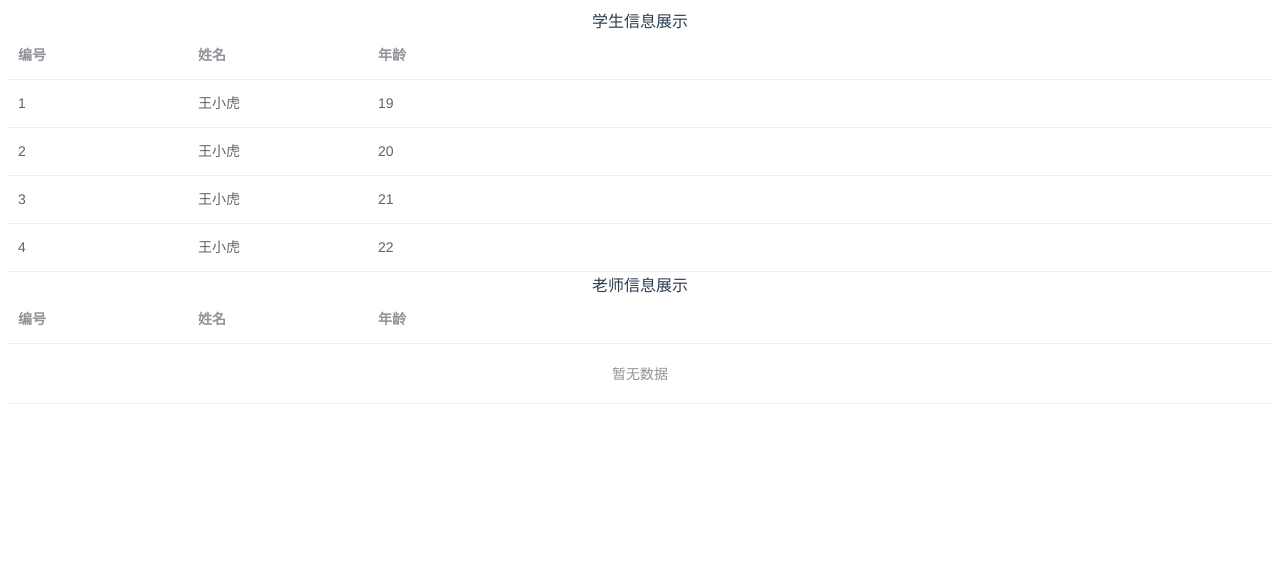
Repository: chang-meng-yun/vue_project
Page: /#/about
An editor plug-in stored every save of this project. The page is shown before and after the next save, followed by the edit.
The browser window is 1280 px wide. The pictures show the whole page.
The project was rebuilt for these pictures with package versions that can differ from the ones it lists, and the page was loaded fresh each time. Also part of the build but not shown: vue.config.js, src/VBindStudy.vue, src/HomeWork.vue, src/views/reHome.vue, src/FromFrame.vue, src/prents.vue, src/views/son.vue, src/components/HelloWorld.vue and 2 more.

Above is the page before, as saved 2024-06-27 15:51:04.

### public/index.html
<!DOCTYPE html>
<html lang="">
  <head>
    <meta charset="utf-8">
    <meta http-equiv="X-UA-Compatible" content="IE=edge">
    <meta name="viewport" content="width=device-width,initial-scale=1.0">
    <link rel="icon" href="<%= BASE_URL %>favicon.ico">
    <!-- <title><%= htmlWebpackPlugin.options.title %></title> -->
     <title>我是首页</title>
  </head>
  <body>
    <noscript>
      <strong>We're sorry but <%= htmlWebpackPlugin.options.title %> doesn't work properly without JavaScript enabled. Please enable it to continue.</strong>
    </noscript>
    <!-- 显示内容的地方 -->
    <div id="app"></div>
    <!-- built files will be auto injected -->
  </body>
</html>

### src/main.js
import Vue from 'vue'
import App from './App.vue'
import ElementUI from 'element-ui';
import 'element-ui/lib/theme-chalk/index.css';
import router from './router'

Vue.use(ElementUI);

Vue.config.productionTip = false
new Vue({
  router,
  render: h => h(App)
}).$mount('#app')

### src/App.vue
<template>
  <div id="app">
    <!-- <Hello></Hello> -->
    <!-- <VBindStudy></VBindStudy> -->
    <!-- <HomeWork></HomeWork> -->
    <!-- <reHome></reHome> -->
    <!-- <Model></Model> -->
    <!-- <FromFrame></FromFrame> -->
     <!-- <prents></prents> -->
     <!-- <div>来自父组件得值{{son_title}}</div>
      <son @son_to_parent="getValues"></son> -->

      <!-- <child myTitle="信息展示" :mysrc="img_path" > -->
        <child myTitle="学生信息展示" myTitle2="老师信息展示"  :tableData1="tableData1" :tableData2="tableData2"></child>


    </div>
</template>
<script>
  // 导入组件
  import Hello from '@/Hello.vue'
  import VBindStudy from '@/VBindStudy'
  import HomeWork from '@/HomeWork'
  import reHome from './views/reHome.vue'
  import FromFrame from '@/FromFrame.vue'
  import prents from '@/prents.vue'
  import child from '@/child.vue'
   import son from './views/son.vue'
  // import Model from './views/Model.vue'
  export default {
    components: {
      Hello,
      VBindStudy,
      HomeWork,
      FromFrame,
      prents,
      child,
      son
      // Model
    },
    data() {
      return {
        tableData1: [{
            id: '1',
            name: '王小虎',
            age: '19'
          }, {
            id: '2',
            name: '王小虎',
            age: '20'
          }, {
            id: '3',
            name: '王小虎',
            age: '21'
          }, {
            id: '4',
            name: '王小虎',
            age: '22'
          }],
          tableData2: [{
            id: '1',
            name: '王小虎',
            age: '39'
          }, {
            id: '2',
            name: '王小虎',
            age: '32'
          }, {
            id: '3',
            name: '王小虎',
            age: '31'
          }, {
            id: '4',
            name: '王小虎',
            age: '32'
          }]
        // mark: true,
        // name: "张三",
        // mywidth: "350px",
        // myImage: require("./assets/花.jpg"),
        // img_path: require("@/assets/花.jpg"),
        // son_title:""
      }
    },
    methods: {
      controller_div() {
        this.mark = !this.mark
        console.log(this.mark)
      },
      changeSize() {
        this.mywidth = "500px"
      },
      changeImage() {
        console.log("pakaqiu")
        this.myImage = require("./assets/小樱花.webp")
      },
      getValues(n){
        this.son_title=n
      }
    }
  }
</script>
<style>
  .box {
    width: 200px;
    height: 200px;
    background-color: red;
  }

  #app {
    font-family: Avenir, Helvetica, Arial, sans-serif;
    -webkit-font-smoothing: antialiased;
    -moz-osx-font-smoothing: grayscale;
    text-align: center;
    color: #2c3e50;
  }

  nav {
    padding: 30px;
  }

  nav a {
    font-weight: bold;
    color: #2c3e50;
  }

  nav a.router-link-exact-active {
    color: #42b983;
  }
</style>

### src/Hello.vue
<template>
  <div>
        <!-- <nav>
      <router-link to="/">Home</router-link> |
      <router-link to="/about">About</router-link>
    </nav> -->
    <!-- <el-row>
      <el-button>默认按钮</el-button>
      <el-button type="primary">主要按钮</el-button>
      <el-button type="success">成功按钮</el-button>
      <el-button type="info">信息按钮</el-button>
      <el-button type="warning">警告按钮</el-button>
      <el-button type="danger">危险按钮</el-button>
    </el-row> -->

    <!-- <input  type="text" v-model="username"> -->
     <!-- <div  v-if="mark" class="box">
      div1-if标签
     </div> -->
     <!-- <el-button type="primary" v-on:click="controller_div()">控制div</el-button> -->
     <!-- <div  v-show ="mark" class="box"> -->
      <!-- div2-show标签 -->
     <!-- </div> -->
    <!-- <div>
      {{username}}
    </div> -->
    <!-- <router-view/> -->
     <!-- <hr> -->

     <el-row>
        <el-col :span="12">
          <div class="grid-content bg-purple">
         <img src="./assets/小雏菊.webp" v-bind:width="mywidth" />
         <br>
         <el-button type="primary" @click="changeSize()">改变大小</el-button>
        </div>
      </el-col>

        <el-col :span="12">
          <div class="grid-content bg-purple-light">
            <img v-bind:src="myImage" width="350px" />
            <br>
            <el-button type="primary" @click="changeImage()">改变图片</el-button>
        </div>
      </el-col>
      </el-row>

  </div>
</template>
<script>
     export default{
    // components:{
    //     Hello,
    //     VBindStudy
    // },
    data(){
      return{
        mark:true,
        name:"张三",
        mywidth:"350px",
        myImage:require("./assets/花.jpg")
      }
    },
    methods:{
     controller_div(){
        this.mark=!this.mark
        console.log(this.mark)
      },
      changeSize(){
        this.mywidth="500px"
      },
      changeImage(){
        console.log("pakaqiu")
        this.myImage=require("./assets/小樱花.webp")
      }
     },
     components:{

     }
    }
  </script>
  <style>
  .box{
      width: 200px;
      height: 200px;
      background-color: red;
  }
  #app {
    font-family: Avenir, Helvetica, Arial, sans-serif;
    -webkit-font-smoothing: antialiased;
    -moz-osx-font-smoothing: grayscale;
    text-align: center;
    color: #2c3e50;
  }

  nav {
    padding: 30px;
  }

  nav a {
    font-weight: bold;
    color: #2c3e50;
  }

  /* nav a.router-link-exact-active {
    color: #42b983;
  } */
  </style>

### src/child.vue
<template>
    <div>
        <div>
         {{myTitle}}
         <!-- <img :src="mysrc" height="300px" width="300px"> -->
         <el-table
         :data="tableData1"
         style="width: 100%">
         <el-table-column
           prop="id"
           label="编号"
           width="180">
         </el-table-column>
         <el-table-column
           prop="name"
           label="姓名"
           width="180">
         </el-table-column>
         <el-table-column
           prop="age"
           label="年龄">
         </el-table-column>
       </el-table>
        </div>
        <div>
            {{myTitle2}}
            <!-- <img :src="mysrc" height="300px" width="300px"> -->
            <el-table
            :data="tableData2"
            style="width: 100%">
            <el-table-column
              prop="id"
              label="编号"
              width="180">
            </el-table-column>
            <el-table-column
              prop="name"
              label="姓名"
              width="180">
            </el-table-column>
            <el-table-column
              prop="age"
              label="年龄">
            </el-table-column>
          </el-table>
           </div>
    </div>
</template>
<script>
    export default{
        data(){
            return{
                // img_path: require("@/assets/花.jpg"),
            }
        },
        // props:["myTitle","mysrc"],
        props:["myTitle","tableData1","myTitle2"],
        methods: {

        },
        components:{

        }
    }

</script>
<style>

</style>

Loaded but not shown: src/router/index.js (common file)

After the next save:
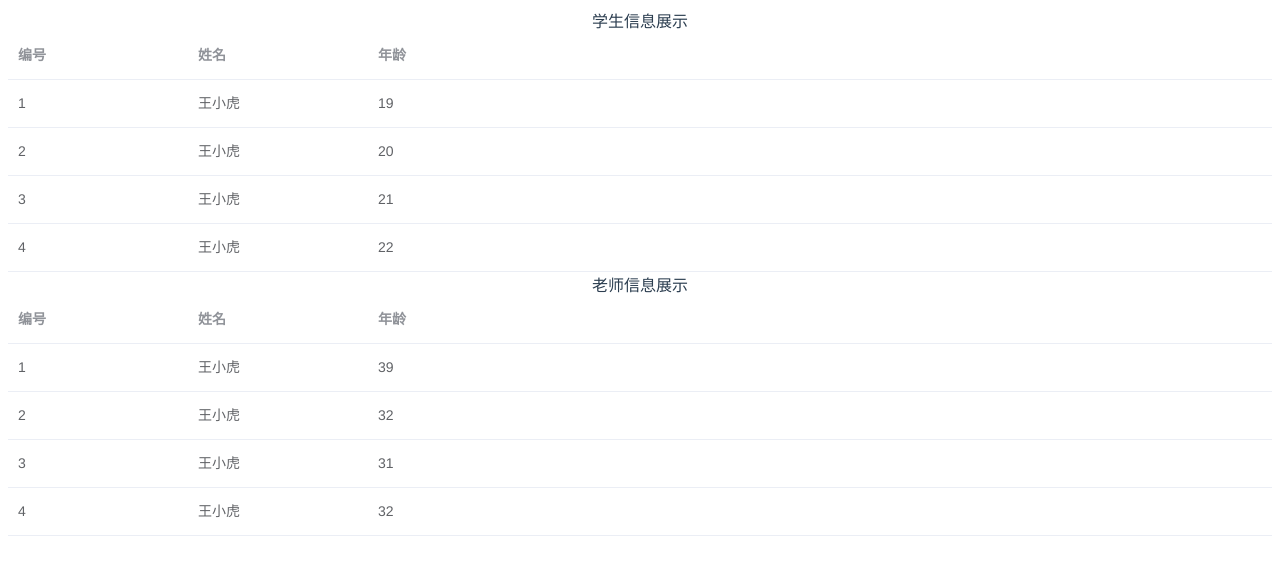
Saved 17 s later.
--- a/src/child.vue
+++ b/src/child.vue
@@ -54,7 +54,7 @@
             }
         },
         // props:["myTitle","mysrc"],
-        props:["myTitle","tableData1","myTitle2"],
+        props:["myTitle","tableData1","myTitle2","tableData2"],
         methods: {
 
         },
